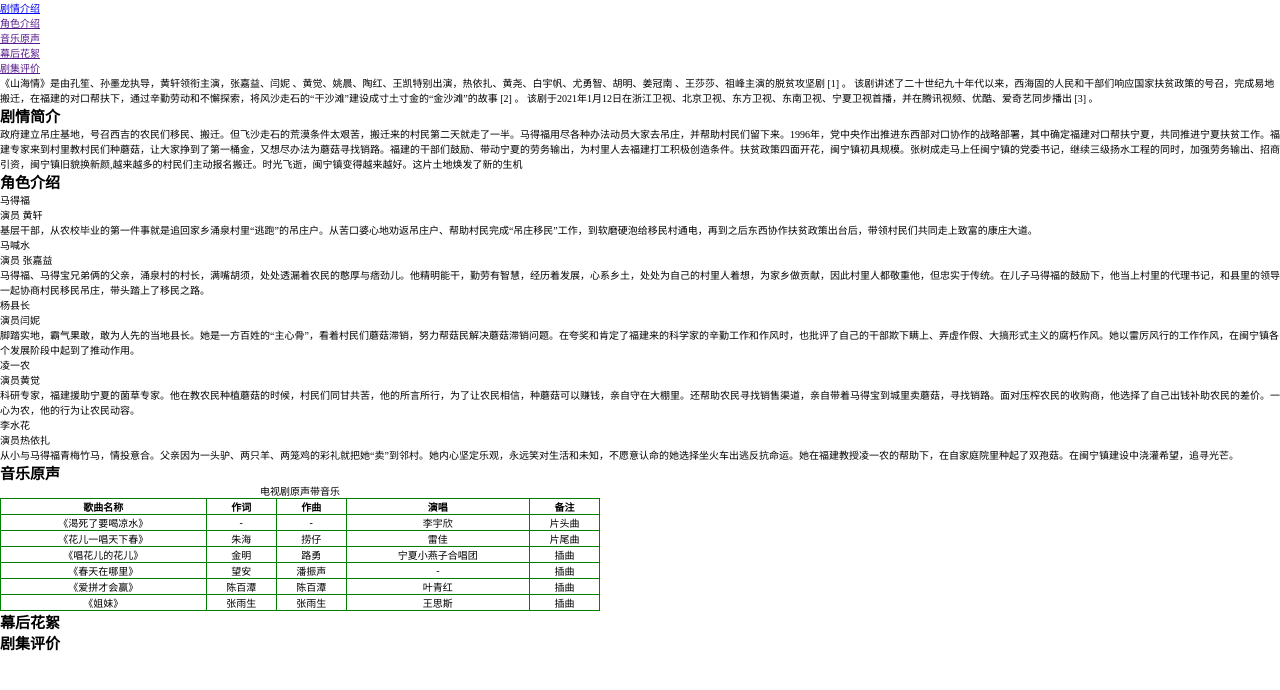
Repository: Lixianlai-2/static-website
Page: index.html
The author's editor kept a copy of each file at every save. The page is drawn from the files as they stood at one save, then again after the next save.
The browser window is 1280 px wide. The pictures show the whole page.

Above is the page before, as saved 2021-11-30 20:29:22.

After the next save:
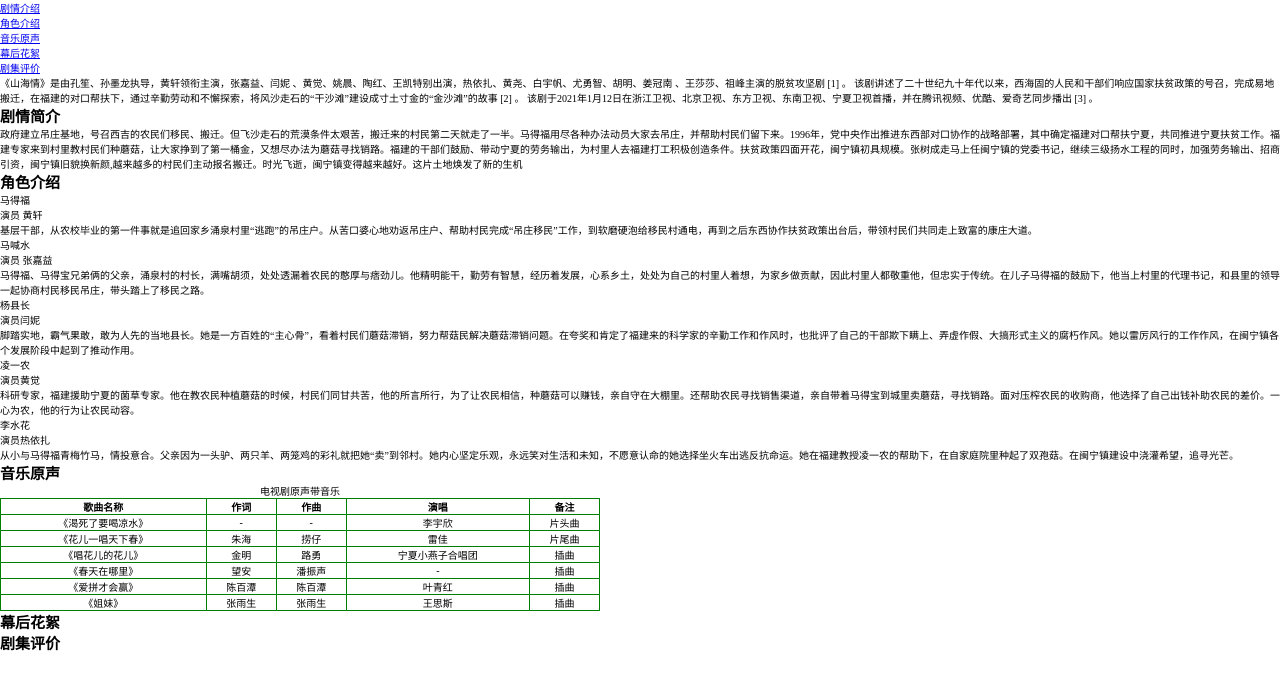
Saved 75 s later.
--- a/index.html
+++ b/index.html
@@ -44,10 +44,10 @@
     <nav>
       <ol>
         <li><a href="#Plot">剧情介绍</a></li>
-        <li><a href="">角色介绍</a></li>
-        <li><a href="">音乐原声</a></li>
-        <li><a href="">幕后花絮</a></li>
-        <li><a href="">剧集评价</a></li>
+        <li><a href="#Role">角色介绍</a></li>
+        <li><a href="#Music">音乐原声</a></li>
+        <li><a href="#Tidbits">幕后花絮</a></li>
+        <li><a href="#Evaluation">剧集评价</a></li>
       </ol>
     </nav>
 
@@ -66,7 +66,7 @@
       政府建立吊庄基地，号召西吉的农民们移民、搬迁。但飞沙走石的荒漠条件太艰苦，搬迁来的村民第二天就走了一半。马得福用尽各种办法动员大家去吊庄，并帮助村民们留下来。1996年，党中央作出推进东西部对口协作的战略部署，其中确定福建对口帮扶宁夏，共同推进宁夏扶贫工作。福建专家来到村里教村民们种蘑菇，让大家挣到了第一桶金，又想尽办法为蘑菇寻找销路。福建的干部们鼓励、带动宁夏的劳务输出，为村里人去福建打工积极创造条件。扶贫政策四面开花，闽宁镇初具规模。张树成走马上任闽宁镇的党委书记，继续三级扬水工程的同时，加强劳务输出、招商引资，闽宁镇旧貌换新颜,越来越多的村民们主动报名搬迁。时光飞逝，闽宁镇变得越来越好。这片土地焕发了新的生机
     </p>
 
-    <h2 id="role">角色介绍</h2>
+    <h2 id="Role">角色介绍</h2>
 
     <ul>
       <li>
@@ -165,7 +165,7 @@
     <!-- ul>(li>dl>dt>div.role-name>span.item-value+div.role-actor>span.item-key+span.item-value+dl)*5 -->
     <!-- div.role-name>span.item-value+div.role-actor>span.item-key+span.item-value -->
 
-    <h2 id="music">音乐原声</h2>
+    <h2 id="Music">音乐原声</h2>
     <table>
       <caption>
         电视剧原声带音乐
@@ -227,6 +227,6 @@
     </table>
 
     <h2 id="Tidbits">幕后花絮</h2>
-    <h2>剧集评价</h2>
+    <h2 id="Evaluation">剧集评价</h2>
   </body>
 </html>
